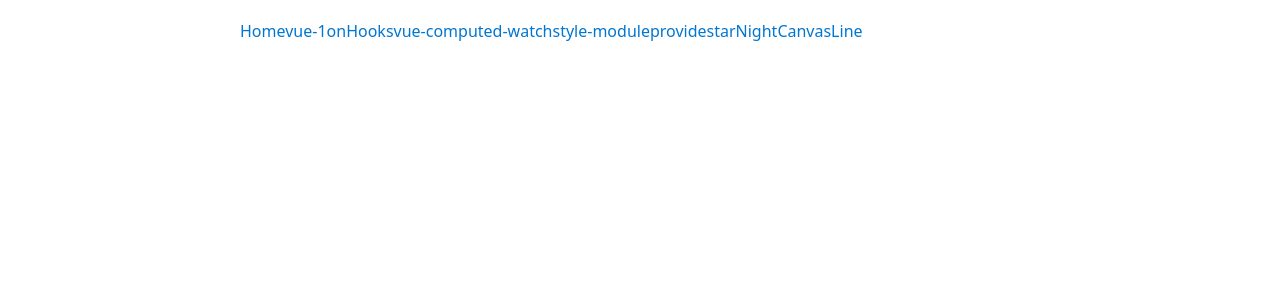
Repository: 596178924/vue3-ts-html
Page: /
An editor plug-in stored every save of this project. The page is shown before and after the next save, followed by the edit.
The browser window is 1280 px wide. The pictures show the whole page.
The project was rebuilt for these pictures with package versions that can differ from the ones it lists, and the page was loaded fresh each time. Also part of the build but not shown: vue.config.js.

Above is the page before, as saved 2022-02-15 18:08:24.

### public/index.html
<!DOCTYPE html>
<html lang="">
  <head>
    <meta charset="utf-8">
    <meta http-equiv="X-UA-Compatible" content="IE=edge">
    <meta name="viewport" content="width=device-width,initial-scale=1.0">
	<link rel="stylesheet" href="https://cdn.jsdelivr.net/npm/water.css@2/out/water.css">
    <link rel="icon" href="<%= BASE_URL %>favicon.ico">
    <title><%= htmlWebpackPlugin.options.title %></title>
  </head>
  <body>
    <noscript>
      <strong>We're sorry but <%= htmlWebpackPlugin.options.title %> doesn't work properly without JavaScript enabled. Please enable it to continue.</strong>
    </noscript>
    <div id="app"></div>
    <!-- built files will be auto injected -->
  </body>
</html>

### src/main.ts
import { createApp } from 'vue';
import App from './App.vue';
import router from './router';
// import Particles from 'particles.vue3'
import { createPinia } from 'pinia';
const app = createApp(App);
app.use(createPinia());
// app.use(Particles);
app.use(router);
app.mount('#app');

### src/App.vue
<template>
  <Nav></Nav>
  <router-view/>
</template>

<script setup lang="ts">
import Nav from "@/components/nav.vue";
</script>
<style lang="scss">

</style>

### src/router/index.ts
import { createRouter, createWebHashHistory, RouteRecordRaw } from 'vue-router';

export const routes: Array<RouteRecordRaw> = [
	{
		path: '/',
		name: 'Home',
		component: () => import('@/views/Home.vue')
	},
	{
		path: '/vue-1',
		name: 'vue-1',
		component: () => import('@/views/vue-1.vue')
	},
	{
		path: '/onHooks',
		name: 'onHooks',
		component: () => import('@/views/onHooks.vue')
	},
	{
		path: '/vue-computed-watch',
		name: 'vue-computed-watch',
		component: () => import('@/views/vue-computed-watch.vue')
	},
	{
		path: '/style-module',
		name: 'style-module',
		component: () => import('@/views/style-module.vue')
	},
	{
		path: '/provide',
		name: 'provide',
		component: () => import('@/views/provide.vue')
	},
	{
		path: '/starNight',
		name: 'starNight',
		component: () => import('@/views/starNight.vue')
	},
	{
		path: '/CanvasLine',
		name: 'CanvasLine',
		component: () => import('@/views/CanvasLine.vue')
	},

];

const router = createRouter({
	history: createWebHashHistory(),
	routes
});

export default router;

### src/components/nav.vue
<template>
    <div id="nav">
        <!-- <router-link to="/">Home</router-link>|
        <router-link to="/vue-1">vue-1</router-link>|
        <router-link to="/onHooks">onHooks</router-link>|
        <router-link to="/vue-computed-watch">vue-computed-watch</router-link>|
        <router-link to="/style-module">style-module</router-link>|
        <router-link to="/provide">provide</router-link>|
        <router-link to="/starNight">starNight</router-link>|
        <router-link to="/CanvasLine">CanvasLine</router-link>| -->
        <router-link v-for="(item, index) in navList" :key="index" :to="item.path">{{item.name}}</router-link>
    </div>
</template>
<script setup lang="ts">
import { routes } from "@/router/index";
const navList = routes.map((item)=>({
    path:item.path,
    name:item.name
}))
</script>

### src/views/Home.vue
<template>
	<vue-particles color="#dedede"></vue-particles>
</template>

<script setup lang="ts" >
// import VueParticles from "vue-particles";
</script>
<style lang="scss" scoped>
</style>

After the next save:
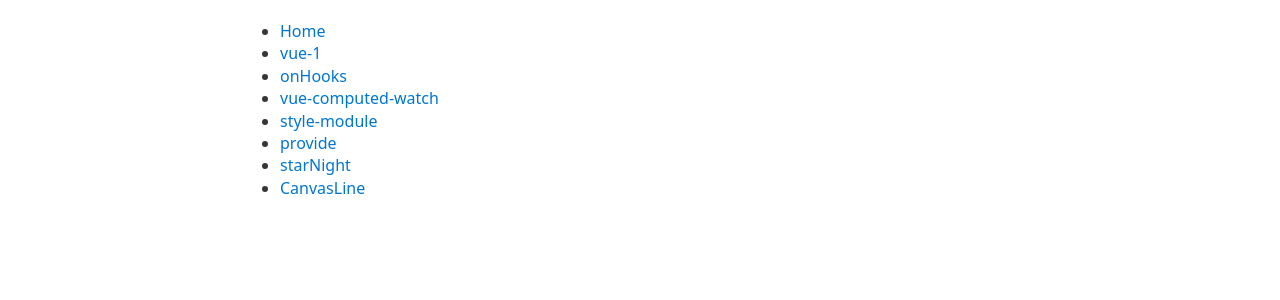
Saved 26 s later.
--- a/src/components/nav.vue
+++ b/src/components/nav.vue
@@ -1,20 +1,14 @@
 <template>
-    <div id="nav">
-        <!-- <router-link to="/">Home</router-link>|
-        <router-link to="/vue-1">vue-1</router-link>|
-        <router-link to="/onHooks">onHooks</router-link>|
-        <router-link to="/vue-computed-watch">vue-computed-watch</router-link>|
-        <router-link to="/style-module">style-module</router-link>|
-        <router-link to="/provide">provide</router-link>|
-        <router-link to="/starNight">starNight</router-link>|
-        <router-link to="/CanvasLine">CanvasLine</router-link>| -->
-        <router-link v-for="(item, index) in navList" :key="index" :to="item.path">{{item.name}}</router-link>
-    </div>
+    <ul>
+        <li v-for="(item, index) in navList" :key="index">
+            <router-link :to="item.path">{{ item.name }}</router-link>
+        </li>
+    </ul>
 </template>
 <script setup lang="ts">
 import { routes } from "@/router/index";
-const navList = routes.map((item)=>({
-    path:item.path,
-    name:item.name
+const navList = routes.map((item) => ({
+    path: item.path,
+    name: item.name
 }))
 </script>
